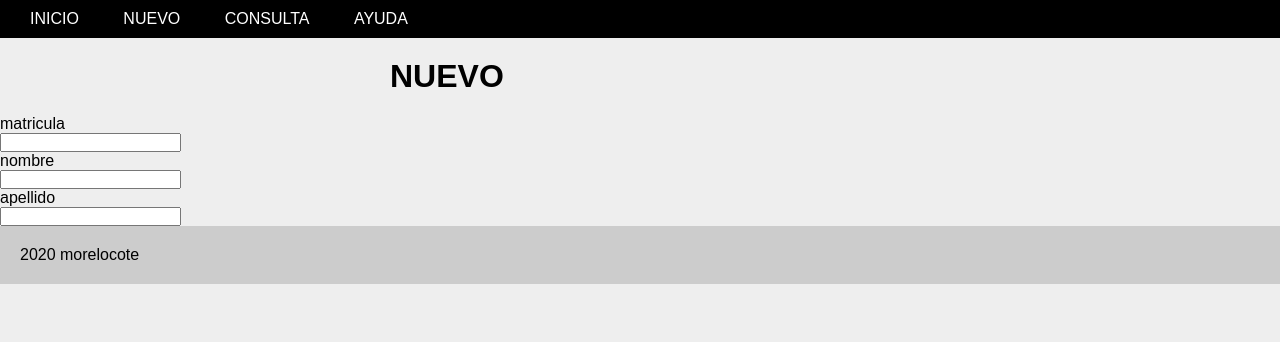
Repository: edgarhdzp/crud-php-poo-mvc-ajax
Page: http://localhost/poomvc/nuevo
The author's editor kept a copy of each file at every save. The page is drawn from the files as they stood at one save, then again after a run of saves.
The browser window is 1280 px wide. The pictures show the whole page.
The page is run by PHP 8.4 with error messages shown; the project is at /var/www/html/.

Above is the page before, as saved 2020-06-23 13:02:56.

### index.php
<?php

require_once 'libs/controller.php';
require_once 'libs/model.php';
require_once 'libs/view.php';
require_once 'libs/app.php';
require_once 'libs/database.php';
require_once 'config/config.php';

$new = new App();

?>

### libs/controller.php
<?php
//clase padre
class Controller{
    function __construct(){
        //indicamos que se cree una nueva vista para un controlador
        $this->view = new View();

    }

    function loalModel($model){
        $url = 'models/'.$model.'model.php';

        if(file_exists($url)){
            require $url;

            $modelName =$model.'Model';
            $this->model = new $modelName();
        }
    }
}

?>

### libs/model.php
<?php

class Model{
    function __construct(){
        $this->db = new Database;

    }
}

?>

### libs/view.php
<?php
//vista madre
class View{
    function __construct(){
    }
    //esta funcion hace el redireccionamiento
    function render($nombre){
        //indicamos la ubicacion y nombre del archivo
        require 'views/' . $nombre . '.php';
    }
}

?>

### libs/app.php
<?php

//archivo de error
require_once 'controllers/error.php';

class App{
    function __construct(){
        //la varible urlsera igual a la url que declaramos en htaccess y en acces es todo el valor que ingrese
        $url = $_GET['url'];
        //aqui con xtrim retiramos los / que no necesitamos en la url
        $url = rtrim($url, '/');
        //buscamos nuestro separador / esto nos devuelve un arreglo
        $url = explode('/', $url);
        //validamos si despues denuestro primer / no hay nada entonces que nos redireccione a main
        if(empty($url[0])){
            $archivoController = 'controllers/main.php';
            require_once $archivoController;
            $controller = new Main();
            return false;
        }
        //declaramos nuestra variable que sera igual a la ubicacion de controlador y url es igual a la clase
        $archivoController = 'controllers/' . $url[0] . '.php';
        //verificmos que el archivo exista
        if(file_exists($archivoController)){
            require_once $archivoController;
            //mandamos llamar nuestra clase que de acuerdo al arreglo sera la posicion 0
            $controller = new $url[0];
            //ahora validamos si nuestra clase viene con algun metodo
            if(isset($url[1])){
                //aqui mandamos llamar dicho metodo el texto que se ingrese manda a llamar dicho metodo
                $controller->{$url[1]}();
            }
            }else{
                $controller = new Fail();
                //si no existe se ejecutara el controlador error
            }
        }
    }

?>

### controllers/error.php
<?php

class Fail extends Controller{
    function __construct(){
        parent::__construct();
        $this->view->mensaje ="valio verga no estas viendo";
        $this->view->render('error/index');
    }
}

?>

### libs/database.php
<?php

class Database{
    private $host;
    private $db;
    private $user;
    private $password;
    private $charset;

    public function __construct(){
        $this->host = constant('HOST');
        $this->db = constant('DB');
        $this->user = constant('USER');
        $this->password = constant('PASSWORD');
        $this->charset = constant('CHARSET');

    }
    function connect(){
        try{
            $conexion = "mysql:host=" . $this->host . ";dbname=" . $this->db . ";charset=" . $this->charset ;
            $options = [
                PDO::ATTR_ERRMODE  => PDO::ERRMODE_EXCEPTION,
                PDO::ATTR_EMULATE_PREPARES => false,
            ];
            $pdo = new PDO ($conexion, $this->user, $this->password, $options);
            return $pdo;
        }catch(PDOException $e){
            print_r('error no se conecto loco: ' . $e->getMessage());
        }
    }
}

?>

### config/config.php
<?php

define('URL', 'http://localhost:8888/poomvc/');

define('HOST','localhost');
define('DB','');
define('USER','root');
define('PASSWORD','root');
define('CHARSET','utf8mb4');


?>

### controllers/nuevo.php
<?php

class Nuevo extends Controller{
    function __construct(){
        parent::__construct();
        $this->view->render('nuevo/index');
    }
}

?>

### views/nuevo/index.php
<!DOCTYPE html>
<html lang="en">
<head>
    <meta charset="UTF-8">
    <meta name="viewport" content="width=device-width, initial-scale=1.0">
    <title>Document</title>
</head>
<body>

<?php require 'views/header.php'; ?>

<div id="main">
<h1>NUEVO</h1>
</div>

<form action="" method="POST">
    <p>
        <label for="matricula">matricula</label><br>
        <input type="text" name="matricula" id="">
    </p>
    <p>
        <label for="nombre">nombre</label><br>
        <input type="text" name="nombre" id="">
    </p>
    <p>
        <label for="apellido">apellido</label><br>
        <input type="text" name="apellido" id="">
    </p>
    <p>

    </p>
</form>

<?php require 'views/footer.php'; ?>

</body>
</html>

### views/header.php
<!DOCTYPE html>
<html lang="en">
<head>
    <meta charset="UTF-8">
    <meta name="viewport" content="width=device-width, initial-scale=1.0">
    <link rel="stylesheet" href="<?php echo constant('URL');?>public/css/style.css">
    <title></title>
</head>
<body>
    <div id="header">
    <ul>
    <li><a href="<?php echo constant('URL');?>main">INICIO</a></li>
    <li><a href="<?php echo constant('URL');?>nuevo">NUEVO</a></li>
    <li><a href="<?php echo constant('URL');?>consulta">CONSULTA</a></li>
    <li><a href="<?php echo constant('URL');?>ayuda">AYUDA</a></li>
    </ul>
    </div>
</body>
</html>

### views/footer.php
<div id="footer">
2020 morelocote
</div>

### public/css/style.css
* {
    margin: 0;
    padding: 0;
}

body {
    font-family: Arial, Helvetica, sans-serif;
    background-color: #eee;
}

#header {
    background-color: black;
    padding: 10px;
}

#header ul li {
    list-style: none;
    display: inline;
    padding: 10px;
}

#header ul li a {
    color: white;
    text-decoration: none;
    padding: 10px;
}

#footer {
    background-color: #ccc;
    padding: 20px;
}

#main {
    padding: 20px 0;
    width: 500px;
    margin: 0 auto;
}

After the next 2 saves:
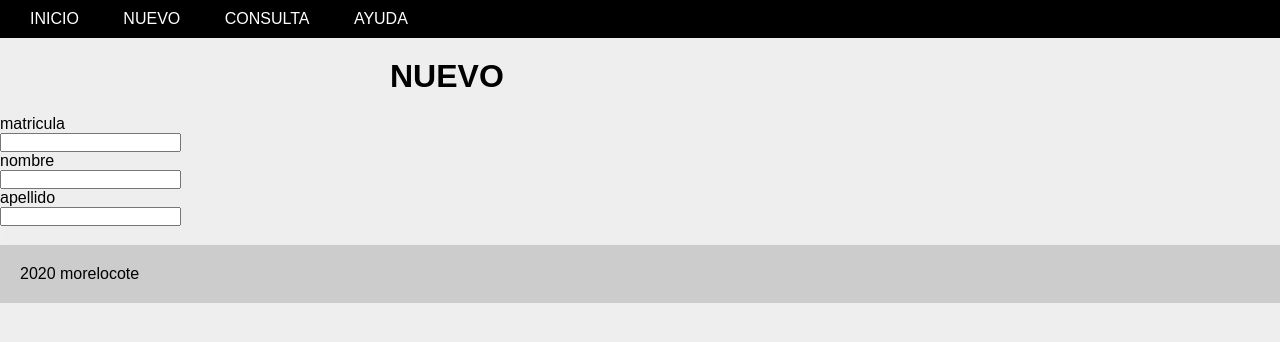
The 2 saves are shown as one change because they came seconds apart.
The last was saved 6 s later.
--- a/views/nuevo/index.php
+++ b/views/nuevo/index.php
@@ -27,7 +27,7 @@
         <input type="text" name="apellido" id="">
     </p>
     <p>
-
+        <input type="submit" value="">
     </p>
 </form>
 
